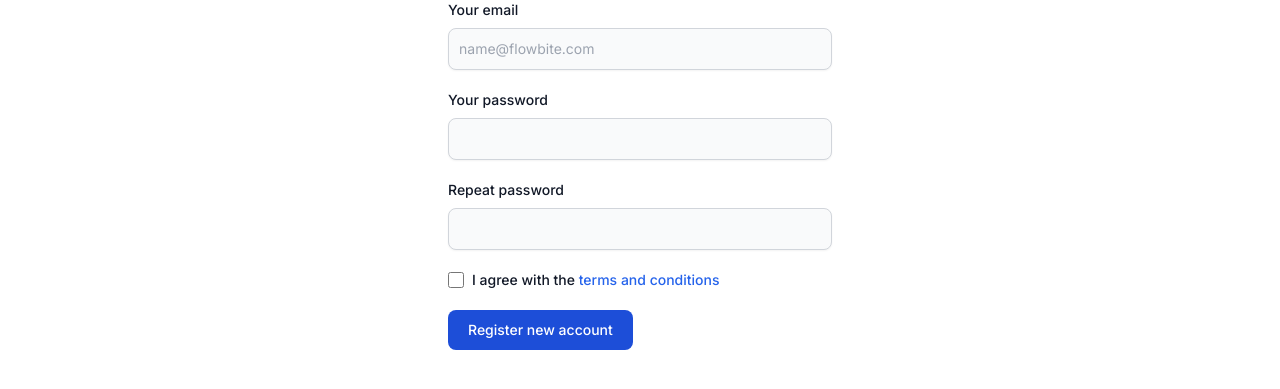
Repository: fatimash2123/next-todo
Page: /register
The author's editor kept a copy of each file at every save. The page is drawn from the files as they stood at one save, then again after the next save.
The browser window is 1280 px wide. The pictures show the whole page.
The project was rebuilt for these pictures with package versions that can differ from the ones it lists, and the page was loaded fresh each time. The framework's server and built-in components were replaced by stand-ins that run in the browser. Also part of the build but not shown: next.config.mjs.

Above is the page before, as saved 2024-02-13 12:08:26.

After the next save:
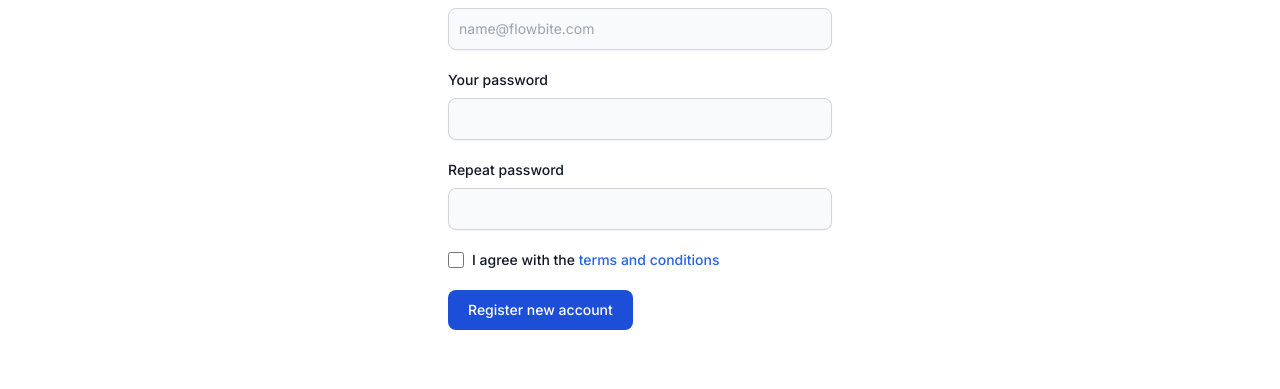
Saved 59 s later.
--- a/app/components/Input.tsx
+++ b/app/components/Input.tsx
@@ -1,11 +1,14 @@
-export default function () {
+interface InputProps {
+  title: string;
+}
+export default function ({ title }: InputProps) {
   return (
     <div className="mb-5">
       <label
         htmlFor="email"
         className="block mb-2 text-sm font-medium text-gray-900 dark:text-white"
       >
-        Your email
+        {title}
       </label>
       <input
         type="email"

After the save that followed:
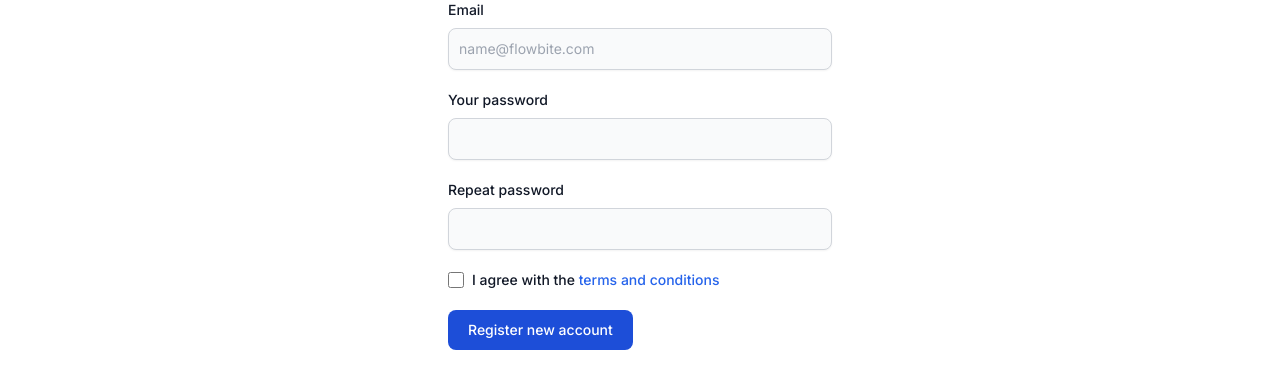
Saved 17 s later.
--- a/app/register/page.tsx
+++ b/app/register/page.tsx
@@ -2,7 +2,7 @@ import Input from "../components/Input";
 export default function Register() {
   return (
     <form className="max-w-sm mx-auto">
-      <Input />
+      <Input title={"Email"} />
       <div className="mb-5">
         <label
           htmlFor="password"
